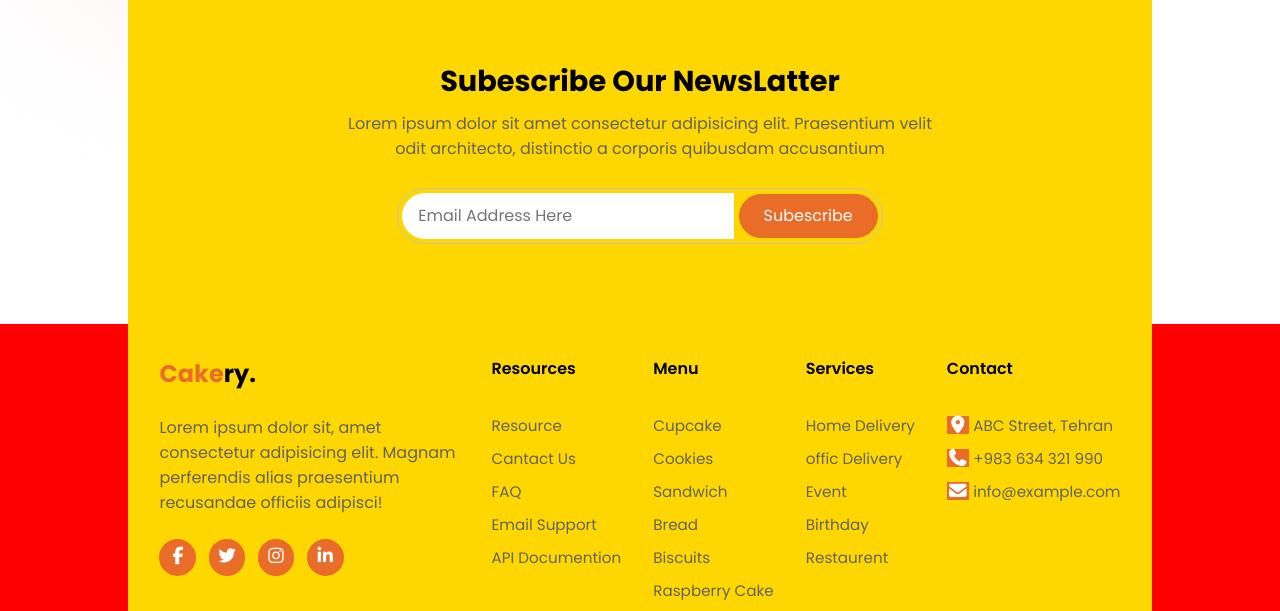
Repository: kingamirhosein100000-maker/cake.shop
Page: index.html
An editor plug-in stored every save of this project. The page is shown before and after the next save, followed by the edit.
The browser window is 1280 px wide. The pictures show the part of the page from y = 4552 to 5163 px (the page is 5163 px tall).
A picture or video elsewhere on the page could not be fetched, so the positions and the page height are approximate. Some web libraries are served in a nearby version.

Above is the page before, as saved 2026-01-29 18:13:07.

### index.html
<!DOCTYPE html>
<html lang="en">

<head>
    <meta charset="UTF-8">
    <meta name="viewport" content="width=device-width, initial-scale=1.0">
    <title>Bakery Website</title>
    <link rel="stylesheet" href="style.css">
    <link rel="stylesheet" href="https://cdnjs.cloudflare.com/ajax/libs/font-awesome/7.0.1/css/all.min.css" integrity="sha512-2SwdPD6INVrV/lHTZbO2nodKhrnDdJK9/kg2XD1r9uGqPo1cUbujc+IYdlYdEErWNu69gVcYgdxlmVmzTWnetw==" crossorigin="anonymous" referrerpolicy="no-referrer"
    />
</head>

<body>
    <!-- Header Part -->
    <header>
        <nav class="navbar container">
            <div class="logo">
                <a class="logo-txt" href="#">
                        Cake<span>ry.</span>
                    </a>

            </div>
            <ul class="navlist">
                <li>
                    <a href="#" class="navlinks active">
                            Home
                        </a>
                </li>
                <li>
                    <a href="#" class="navlinks">
                            About
                        </a>
                </li>
                <li>
                    <a href="#" class="navlinks">
                            Menu
                        </a>
                </li>
                <li>
                    <a href="#" class="navlinks">
                            Restaurent
                        </a>
                </li>
                <li>
                    <a href="#" class="navlinks">
                            Order
                        </a>
                </li>
                <li>
                    <a href="#" class="navlinks">
                            Contact
                        </a>
                </li>

            </ul>
            <div class="nav-icons">
                <a href="#" class="icons-link">
                    <i class="fa-solid  fa-user"></i>
                </a>
                <a href="#" class="icons-link">
                    <i class="fa-solid fa-shopping-cart"></i>

                </a>
            </div>
            <div class="hamburger">
                <div class="burger"></div>
                <div class="burger"></div>
                <div class="burger"></div>
            </div>
        </nav>
    </header>
    <!-- Section Parts -->
    <main>

        <!-- /* hero-section */ -->

        <section class="hero-section container">
            <div class="content">
                <div class="whatch">
                    <a href="#" class="icons-link">
                        <i class="fa-solid fa-play"></i>
                    </a>
                    <h3>Watch Video</h3>
                </div>
                <h1>The Perfect Baked Cake Everyday!</h1>
                <p>Lorem ipsum dolor sit, amet consectetur adipisicing elit. Facere laborum quaerat beatae molestiae explicabo asperiores, fugit harum quibusdam sit nesciunt illo.</p>
                <div class="btn-continer">
                    <button>Read More</button>
                    <button data-type="borderd-btn">Order Now</button>
                </div>
            </div>
            <div class="img-conteiner">
                <img src="img/cake.png" alt="عکس کیک ">
            </div>
        </section>
        <!-- Store section -->
        <section class="other-section container">
            <div class="column-canteiner">
                <h2>Welcome To Our Store</h2>
                <p data-type="centerd-txt">Lorem ipsum dolor sit amet consectetur adipisicing elit. Necessitatibus sit earum porro at! Officia, repellat. Modi, tempore minima.</p>
                <div class="card-conteiner">
                    <div class="card" data-type="category">
                        <img src="img/pastery.png">
                        <h3>Cake</h3>
                    </div>
                    <div class="card" data-type="category">
                        <img src="img/sandwich.png">
                        <h3>Sandwich</h3>
                    </div>
                    <div class="card" data-type="category">
                        <img src="img/cookie.png">
                        <h3>Cookie</h3>
                    </div>
                    <div class="card" data-type="category">
                        <img src="img/bread.png">
                        <h3>Bread</h3>
                    </div>
                </div>
            </div>
            </div>
        </section>
        <!-- About section -->
        <section class="other-section container">
            <div class="row-container">
                <div class="image-container">
                    <img src="img/cupcake.jpg">
                </div>


                <div class="content">
                    <h2>About<br> Cakery Bakery</h2>
                    <p>Lorem ipsum dolor sit amet, consectetur adipisicing elit. Laboriosam, necessitatibus nisi nemo, libero molestiae quas quibusdam incidunt voluptate adipisci consequatur ducimus autem</p>
                    <p>Lorem ipsum dolor sit amet consectetur adipisicing elit. Amet quidem rerum maiores quae saepe</p>
                    <button>Read More</button>
                </div>
            </div>
        </section>
        <!-- Featured Food -->

        <section class="other-section container">
            <div class="column-canteiner">
                <h2>Our Featured</h2>
                <p data-type="centerd-txt">Lorem ipsum dolor sit amet consectetur adipisicing elit. Praesentium velit odit architecto, distinctio a corporis quibusdam accusantium tempora </p>



                <div class="card-conteiner">
                    <div class="card" data-type="item">
                        <div class="image-part">
                            <img src="img/birthday cake.jpg">
                        </div>
                        <div class="detail">
                            <h4>$10.00</h4>
                            <h4>Birthday cake</h4>
                        </div>
                    </div>
                    <div class="card" data-type="item">
                        <div class="image-part">
                            <img src="img/muffins.jpg">
                        </div>
                        <div class="detail">
                            <h4>$17.00</h4>
                            <h4>muffins</h4>
                        </div>
                    </div>
                    <div class="card" data-type="item">
                        <div class="image-part">
                            <img src="img/waffles.jpg">
                        </div>
                        <div class="detail">
                            <h4>$19.00</h4>
                            <h4>waffles</h4>
                        </div>
                    </div>
                    <div class="card" data-type="item">
                        <div class="image-part">
                            <img src="img/pancake.jpg">
                        </div>
                        <div class="detail">
                            <h4>$25.00</h4>
                            <h4>pancake</h4>
                        </div>
                    </div>

                </div>



                <div class="card-conteiner">
                    <div class="card" data-type="item">
                        <div class="image-part">
                            <img src="img/piece cake.jpg">
                        </div>
                        <div class="detail">
                            <h4>$18.00</h4>
                            <h4> detail</h4>
                        </div>
                    </div>
                    <div class="card" data-type="item">
                        <div class="image-part">

                            <img src="img/cookies.jpg">
                        </div>
                        <div class="detail">
                            <h4>$16.00</h4>
                            <h4>cookies</h4>
                        </div>
                    </div>
                    <div class="card" data-type="item">
                        <div class="image-part">
                            <img src="img/raspberry cake.jpg">
                        </div>
                        <div class="detail">
                            <h4>$67.00</h4>
                            <h4>raspberry cake</h4>
                        </div>
                    </div>
                    <div class="card" data-type="item">
                        <div class="image-part">
                            <img src="img/donut.jpg">
                        </div>
                        <div class="detail">
                            <h4>$90.00</h4>
                            <h4>donut</h4>
                        </div>
                    </div>
                </div>
            </div>
        </section>
        <!-- App section -->
        <section class="other-section container">
            <div class="row-container">
                <div class="content">
                    <h2>App Is Soon <br> On App Store</h2>
                    <p>Lorem ipsum dolor sit, amet consectetur adipisicing elit. Consequuntur omnis sequi in fugiat iusto laborum, delectus magnam eum! Aspernatur quaerat ex excepturi.</p>
                    <div class="app-img">
                        <img src="img/app store.png" alt="App Store">
                        <img class="qqqq" src="img/play store.png" alt="Google Play">
                    </div>


                </div>
                <div class="img-conteiner">
                    <img src="img/bakery app.png">
                </div>
            </div>
        </section>
        <!-- Best Food section -->
        <section class="other-seimction container">
            <div class="row-container">
                <div class="img-conteiner">
                    <img src="img/creamy pancake.png">
                </div>
                <div class="content">
                    <h2>Best Sell <br> In This Week!</h2>
                    <div class="rating">
                        <h4>$15.00</h4>
                        <img src="img/five star ok.png">
                    </div>
                    <p>Lorem ipsum dolor sit, amet consectetur adipisicing elit. Commodi, libero soluta! Quia nostrum unde corrupti ratione quibusdam dolores sed, voluptatum aliquid possimus!</p>
                    <p>Lorem ipsum dolor sit amet, consectetur adipisicing elit. Voluptate cum mollitia culpa ullam numquam.</p>
                    <button>Buy Now</button>


                </div>
            </div>
        </section>
        <!-- NewsLatter section -->
        <section class="other-section container">
            <div class="column-canteiner">
                <h2>Subescribe Our NewsLatter</h2>
                <p data-type="centerd-txt">Lorem ipsum dolor sit amet consectetur adipisicing elit. Praesentium velit odit architecto, distinctio a corporis quibusdam accusantium</p>

                <form class="form-canteiner">
                    <input type="email" name="email" id="email" autocomplete="off" placeholder="Email Address Here">
                    <input type="submit" value="Subescribe" class="form-btn">
                </form>
            </div>
        </section>
    </main>
    <!-- Footer Parts -->
    <footer>
<div class="column-canteiner container">
    <div class="card-conteiner">

    <div class="column">
        <div class="logo">
                            <a class="logo-txt" href="#">
                        Cake<span>ry.</span>
                    </a>
        </div>

        <p data-type="balanced-txt">Lorem ipsum dolor sit, amet consectetur adipisicing elit. Magnam perferendis alias praesentium recusandae officiis adipisci!</p>
        <div class="icons">
            <a href="#" class="icons-link">
                <i class="fa-brands fa-facebook-f"></i>
            </a>
            <a href="#" class="icons-link">
                <i class="fa-brands fa-twitter"></i>
            </a>
            <a href="#" class="icons-link">
                <i class="fa-brands fa-instagram"></i>
            </a>
            <a href="#" class="icons-link">
                <i class="fa-brands fa-linkedin-in"></i>
            </a>
        </div>
    </div>
    <div class="column">
<h4>Resources</h4>
<ul class="footer-list">
    <li>
        <a href="#" class="footer-links">Resource</a>
    </li>
    <li>
        <a href="#" class="footer-links">Cantact Us</a>
    </li>
    <li>
        <a href="#" class="footer-links">FAQ</a>
    </li>
    <li>
        <a href="#" class="footer-links">Email Support</a>
    </li>
    <li>
        <a href="#" class="footer-links">API Documention</a>
    </li>
</ul>
    </div>
    <div class="column">
        <h4>Menu</h4>
        <ul class="footer-list">
    <li>
        <a href="#" class="footer-links">Cupcake</a>
    </li>
    <li>
        <a href="#" class="footer-links">Cookies</a>
    </li>
    <li>
        <a href="#" class="footer-links">Sandwich</a>
    </li>
    <li>
        <a href="#" class="footer-links">Bread</a>
    </li>
    <li>
        <a href="#" class="footer-links">Biscuits</a>
    </li>
    <li>
        <a href="#" class="footer-links">Raspberry Cake</a>
    </li>
</ul>
    </div>
    <div class="column">
        <h4>Services</h4>
<ul class="footer-list">
    <li>
        <a href="#" class="footer-links">Home Delivery</a>
    </li>
    <li>
        <a href="#" class="footer-links">offic Delivery</a>
    </li>
    <li>
        <a href="#" class="footer-links">Event</a>
    </li>
    <li>
        <a href="#" class="footer-links">Birthday</a>
    </li>
    <li>
        <a href="#" class="footer-links">Restaurent</a>
    </li>
</ul>
    </div>
    <div class="column">
        <h4>Contact</h4>
        <ul class="footer-list">
    <li>
        <i class="fa-solid fa-location-dot bg-orange"></i>
        <a href="#" class="footer-links">ABC Street, Tehran</a>
    </li>
    <li>
<i class="fa-solid fa-phone bg-orange"></i>
        <a href="#" class="footer-links">+983 634 321 990</a>
    </li>
    <li>
        <i class="fa-solid fa-envelope bg-orange"></i>
        <a href="#" class="footer-links">info@example.com</a>
    </li>

</ul>
    </div>
    </div>
</div>

    </footer>
    <script src=" main.js "></script>
</body>

</html>

### style.css
                    @import url('https://fonts.googleapis.com/css2?family=Open+Sans:ital,wght@0,300..800;1,300..800&family=Poppins:ital,wght@0,100;0,200;0,300;0,400;0,500;0,600;0,700;0,800;0,900;1,100;1,200;1,300;1,400;1,500;1,600;1,700;1,800;1,900&family=Roboto:ital,wght@0,100..900;1,100..900&display=swap');

                    * {
                        margin: 0;
                        padding: 0;
                        box-sizing: border-box;
                        font-family: "Poppins", sans-serif;
                    }

                    :root {
                        --orange-clr: #E96C28;
                        --white-clr: #FFF;
                        --black-clr: #000;
                        --gray-clr: #636363;
                        --light-clr: #C4C4C4;
                        --dawn-pink: #FAE7E5;
                        --frosted-mint: #DCFEF9;
                    }

                    /* Header Parts */

                    .logo-txt {
                        font-size: 1.5rem;
                        color: var(--orange-clr);
                        font-weight: bold;
                    }

                    a {
                        text-decoration: none;
                    }

                    span {
                        color: var(--black-clr);
                    }

                    .navlist {
                        display: flex;
                        align-items: center;
                        gap: 2rem;
                    }

                    li {
                        list-style: none;
                    }

                    .navlinks {
                        color: var(--black-clr);
                        font-weight: 500;
                    }

                    .active,
                    .navlinks:hover {
                        color: var(--orange-clr);
                        transition: 0.4s;
                    }



                    .icons-link {
                        background: var(--orange-clr);
                        width: 2.3rem;
                        aspect-ratio: 1;
                        border-radius: 50%;
                        margin-right: .5rem;
                        display: inline-block;
                        text-align: center;
                        line-height: 2.3rem;
                        transition: .3s ease-in-out;
                    }

                    .icons-link:hover {
                        transform: translateY(-10%);
                    }

                    .fa-solid,
                    .fa-brands {
                        font-size: 1.1rem;
                        color: var(--white-clr);
                    }

                    header {
                        height: 13vh;

                    }

                    .navbar {
                        display: flex;
                        justify-content: space-between;
                        align-items: center;
                        height: 100%;

                    }

                    .container {
                        width: 80%;
                        margin: auto;
                    }

                    .hamburger {
                        cursor: pointer;
                        display: none;
                    }

                    .burger {
                        background: var(--black-clr);
                        width: 2.3rem;
                        height: .25rem;
                        margin: .3rem;
                        border-radius: 2rem;
                    }

                    /* Section Parts */
                    /* hero-section */

                    .hero-section {
                        height: calc(100vh - 13vh);
                        display: flex;
                        justify-content: space-between;
                        align-items: center;
                    }

                    .content {
                        flex: 1;
                    }

                    .img-conteiner {
                        flex: 1;
                        position: relative;
                    }

                    .img-conteiner::before {
                        content: '';
                        position: absolute;
                        top: 50%;
                        right: 0;
                        background: var(--dawn-pink);
                        width: 35rem;
                        height: 30vh;
                        border-radius: 50%;
                        z-index: -1;
                        filter: blur(100px);
                    }

                    img {
                        max-width: 100%;
                        height: auto;
                    }

                    h1 {
                        font-size: 3.5rem;
                        line-height: 4rem;
                        margin-top: 1rem;
                    }

                    .whatch {
                        display: flex;
                        align-items: center;
                        gap: .5rem;
                    }

                    p {
                        color: var(--gray-clr);
                        margin-block: 1.5rem;
                        max-width: 500px;
                    }

                    .btn-continer {
                        display: flex;
                        gap: 1.5rem;
                    }

                    button,
                    .form-btn {
                        background: var(--orange-clr);
                        color: var(--white-clr);
                        border: .1rem solid var(--orange-clr);
                        padding: .55rem 1.5rem;
                        border-radius: 5rem;
                        font-size: 1rem;
                    }

                    [data-type='borderd-btn'] {
                        background: transparent;
                        color: var(--orange-clr);
                    }

                    /* <!-- Store section --> */

                    .other-section {
                        padding-block: 5rem;
                    }

                    .row-conteiner {
                        display: flex;
                        flex-direction: row;
                        justify-content: center;
                        align-items: center;
                        gap: 5rem;
                    }

                    .column-canteiner {
                        display: flex;
                        flex-direction: column;
                        justify-content: center;
                        align-items: center;
                    }

                    h2 {
                        font-size: 1.8rem;
                    }

                    [ data-type="centerd-txt"] {
                        text-align: center;
                        max-width: 600px;
                        margin-block: .5em;
                    }

                    .card-conteiner {
                        display: flex;
                        justify-content: center;
                        flex-wrap: wrap;
                        gap: 2rem;
                        margin-top: 2rem;
                    }

                    .card {
                        width: 15rem;
                        text-align: center;
                        border-radius: 1rem;
                        box-shadow: rgba(0, 0, 0, 0.16) 0px 1px 4px;
                        transition: .2s ease-in-out;
                    }

                    .card:hover {
                        box-shadow: rgba(50, 50, 93, 0.25) 0px 13px 27px -5px, rgba(0, 0, 0, .3) 0px 8px 16px -8px;
                    }

                    .row-container {
                        display: flex;
                        flex-direction: row;
                        justify-content: space-between;
                        align-items: center;
                        gap: 4.5rem;
                    }

                    /* <!-- Featured Food --> */

                    h4 {
                        font-weight: 600;
                    }

                    [ data-type="category"] {
                        padding-block: 2.5rem;
                    }

                    [data-type="item"] {
                        padding-bottom: 1.5rem;
                        overflow: hidden;
                    }

                    .image-part img {
                        width: 100%;
                        height: 100%;
                        object-fit: cover;
                    }

                    .detail {
                        margin-top: 1rem;
                    }

                    /* <!-- App section --> */

                    .app-img {
                        display: flex;
                        gap: 1rem;
                        width: 100%;
                        height: 4rem;
                    }

                    .app-img img {
                        width: 180px;
                        /* هم‌سایز */
                        height: 55px;
                        object-fit: contain;
                        border-radius: 12px;
                        /* گوشه‌های گرد */
                        background: #000;
                        /* برای PNG شفاف */
                        padding: 6px 10px;
                        transition: all 0.3s ease;
                    }

                    /* افکت هاور */

                    .app-img img:hover {
                        transform: translateY(-3px);
                        box-shadow: 0 10px 25px rgba(0, 0, 0, 0.25);
                        cursor: pointer;
                    }

                    /* <!-- Best Food section --> */

                    .rating img {
                        width: 6rem;
                    }

                    .rating h4 {
                        color: var(--orange-clr);
                        font-size: 1.3rem;
                    }

                    .rating {
                        display: flex;
                        align-items: center;
                        gap: 2rem;
                        margin-top: 1rem;
                    }

                    /* <!-- NewsLatter section --> */

                    .form-canteiner {
                        margin-top: 1.2rem;
                        border: .02rem solid var(--light-clr);
                        height: 3.5rem;
                        border-radius: 5rem;
                        padding: .25rem;
                    }

                    input[type="email"] {
                        height: 100%;
                        border-radius: 5rem 0 0 5rem;
                        border: none;
                        font-size: 1rem;
                        padding-left: 1rem;
                    }

                    input:focus {
                        outline: none;
                    }

                    /* footer section */
                    .footer-links {
                        font-size: .95rem;
                        color: var(--gray-clr);

                    }

                    .footer-list {
                        margin-top: 2rem;
                    }

                    .footer-list li {
                        margin-block: .5rem;
                    }

                    [data-type="balanced-txt"] {
                        max-width: 300px;
                    }

                    footer {
                        background: red;
                    }

                    .container {
                        background: gold;
                    }
                    .bg-orange{
                        background: var(--orange-clr);
                    }

Loaded but not shown: main.js (13 lines, source omitted)

After the next save:
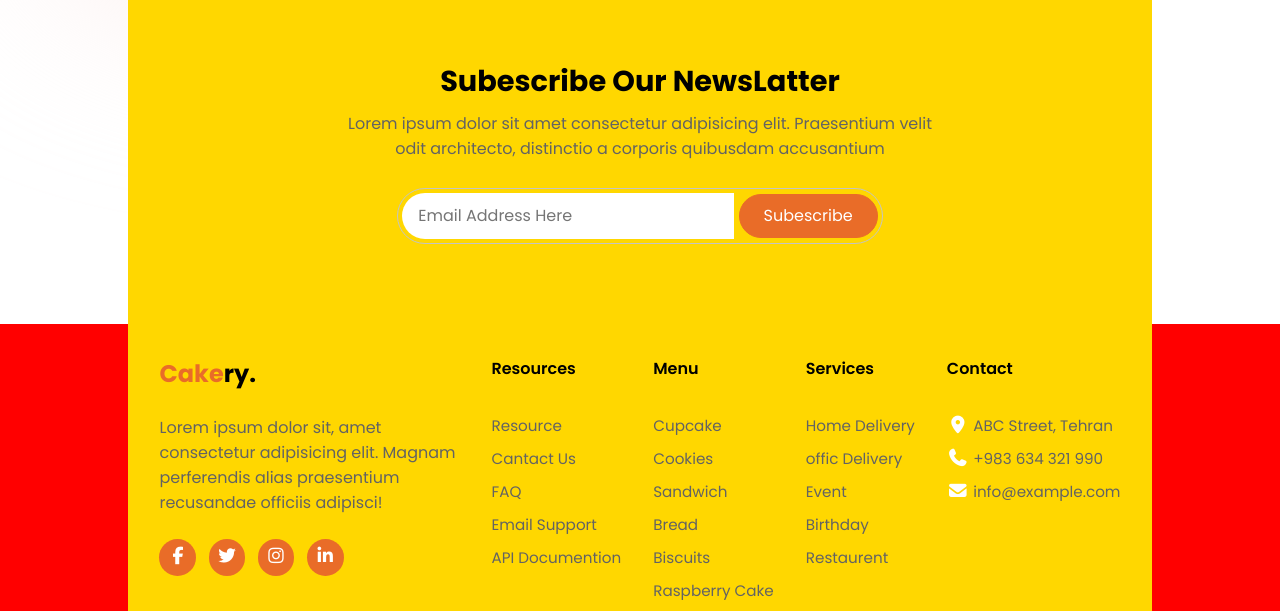
Saved 29 s later.
--- a/style.css
+++ b/style.css
@@ -364,6 +364,3 @@
                     .container {
                         background: gold;
                     }
-                    .bg-orange{
-                        background: var(--orange-clr);
-                    }
